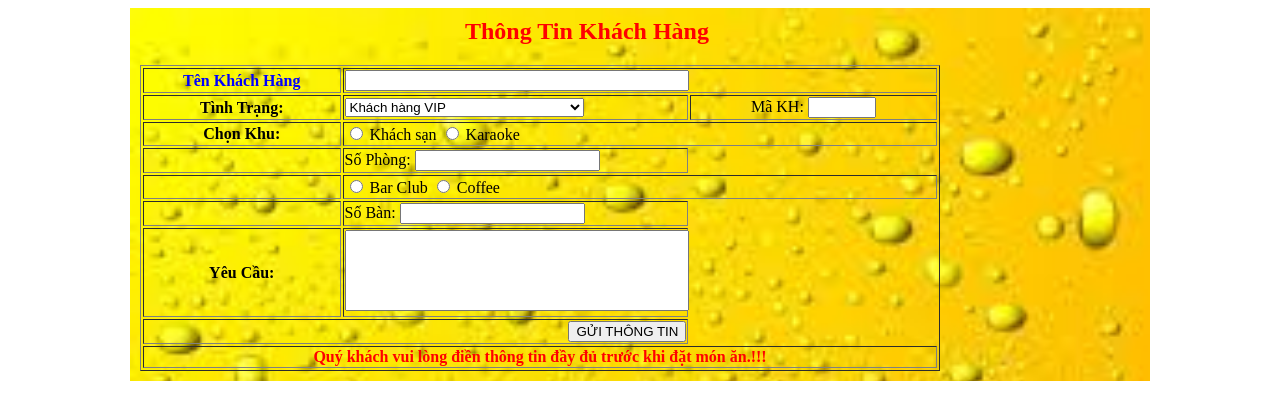
Repository: Tan-Khang21/TH_TKW--Buoi_04
Page: Bai_Tap_Tren_Lop/Bai_02/Frame6.html
These files come from the project's save history. The page is drawn as it stood at one moment and after the next save; the edit follows.
The browser window is 1280 px wide. The pictures show the whole page.

Above is the page before, as saved 2024-03-06 14:29:46.

After the next save:
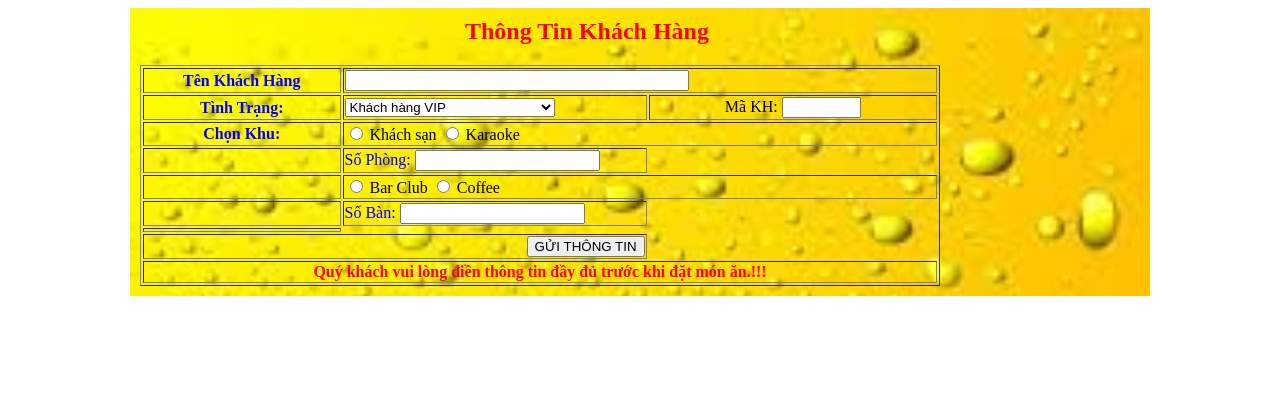
Saved 56 s later.
--- a/Bai_Tap_Tren_Lop/Bai_02/Frame6.html
+++ b/Bai_Tap_Tren_Lop/Bai_02/Frame6.html
@@ -23,7 +23,7 @@
             <td  colspan="2"><input type="text" style="width: 57%;"></td>
         </tr>
         <tr>
-            <th style="width: 25%;">Tình Trạng:</th>
+            <th style="width: 25%; color: blue;">Tình Trạng:</th>
             <td  >
                 <select style="width: 70%;">
                     <option value="">Khách hàng VIP</option>
@@ -34,13 +34,13 @@
             <td align="center"><span>Mã KH: </span><input style="width: 25%;" type="text"></td>
         </tr>
         <tr>
-            <th style="width: 25%;">Chọn Khu:</th>
+            <th style="width: 25%; color: blue;">Chọn Khu:</th>
             <td colspan="2" ><input type="radio" name="radio"> Khách sạn
             <input type="radio" name="radio"> Karaoke</td>
         </tr>
         <tr>
             <td></td>
-            <td><span>Số Phòng: </span>
+            <td style="color: blue;"><span>Số Phòng: </span>
             <input type="number"></td>
         </tr>
         <tr>
@@ -50,11 +50,11 @@
         </tr>
         <tr>
             <td></td>
-            <td><span>Số Bàn: </span>
+            <td style="color: blue;" ><span>Số Bàn: </span>
             <input type="number"></td>
         </tr>
       <tr>
-        <th>Yêu Cầu: </th>
+        <th style="color: blue; >Yêu Cầu: </th>
         <td><textarea style="resize: none; width: 99%;" cols="40" rows="5"></textarea></td>
       </tr>
       <tr>

After the save that followed:
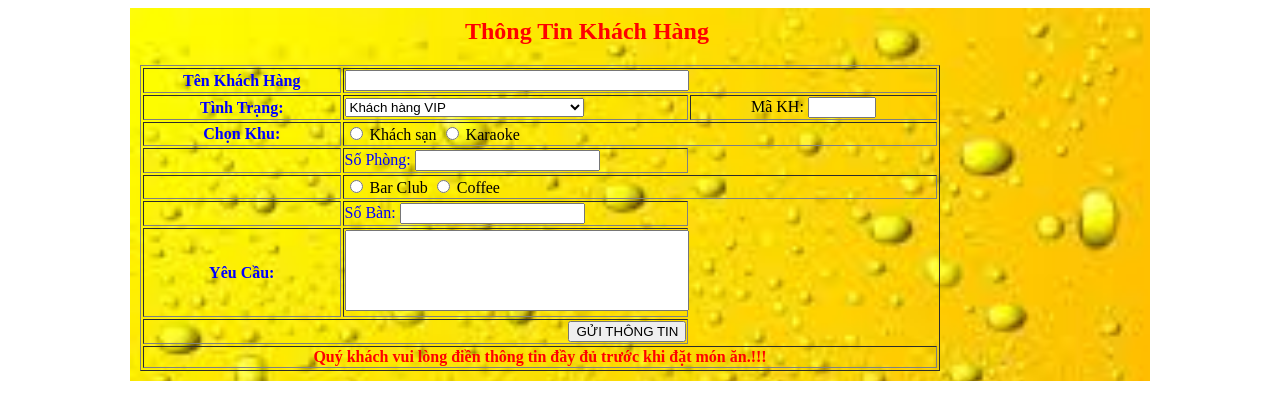
Saved 6 s later.
--- a/Bai_Tap_Tren_Lop/Bai_02/Frame6.html
+++ b/Bai_Tap_Tren_Lop/Bai_02/Frame6.html
@@ -54,7 +54,7 @@
             <input type="number"></td>
         </tr>
       <tr>
-        <th style="color: blue; >Yêu Cầu: </th>
+        <th style="color: blue;" >Yêu Cầu: </th>
         <td><textarea style="resize: none; width: 99%;" cols="40" rows="5"></textarea></td>
       </tr>
       <tr>
